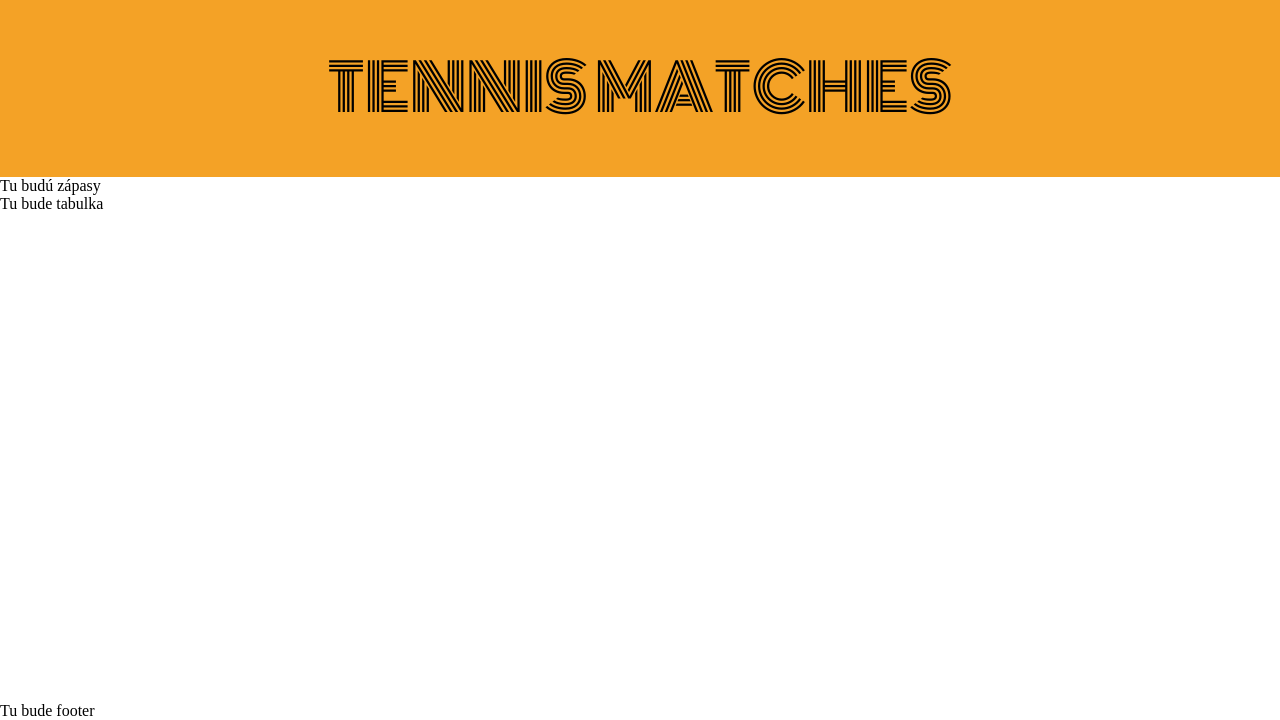
Repository: Badynko/tenis-app
Page: /
The author's editor kept a copy of each file at every save. The page is drawn from the files as they stood at one save, then again after the next save.
The browser window is 1280 px wide. The pictures show the whole page.
The project was rebuilt for these pictures with package versions that can differ from the ones it lists, and the page was loaded fresh each time.

Above is the page before, as saved 2024-07-10 15:23:26.

### src/index.css
@import url("https://fonts.googleapis.com/css2?family=Monoton&family=Quicksand:wght@500;700&display=swap");

* {
  margin: 0;
  padding: 0;
  box-sizing: border-box;
}

.app {
  width: 100%;
  height: 100vh;
  display: grid;
  grid-template-rows: auto auto 1fr auto;
}

h1 {
  text-align: center;
  background-color: #f4a226;
  font-family: "Monoton";
  font-size: 4rem;
  text-transform: uppercase;
  font-weight: 400;
  padding: 2.4rem 0;
}

### src/App.js
export default function App() {
  return (
    <div className="app">
      <Header />
      <Matches />
      <Table />
      <Stats />
    </div>
  );
}

function Header() {
  return <h1>Tennis Matches</h1>;
}

function Matches() {
  return (
    <div>
      <p>Tu budú zápasy</p>
    </div>
  );
}

function Table() {
  return (
    <div>
      <p>Tu bude tabulka</p>
    </div>
  );
}

function Stats() {
  return (
    <footer className="stats">
      <p>Tu bude footer</p>
    </footer>
  );
}

Loaded but not shown: public/index.html (common file); src/index.js (common file)

After the next save:
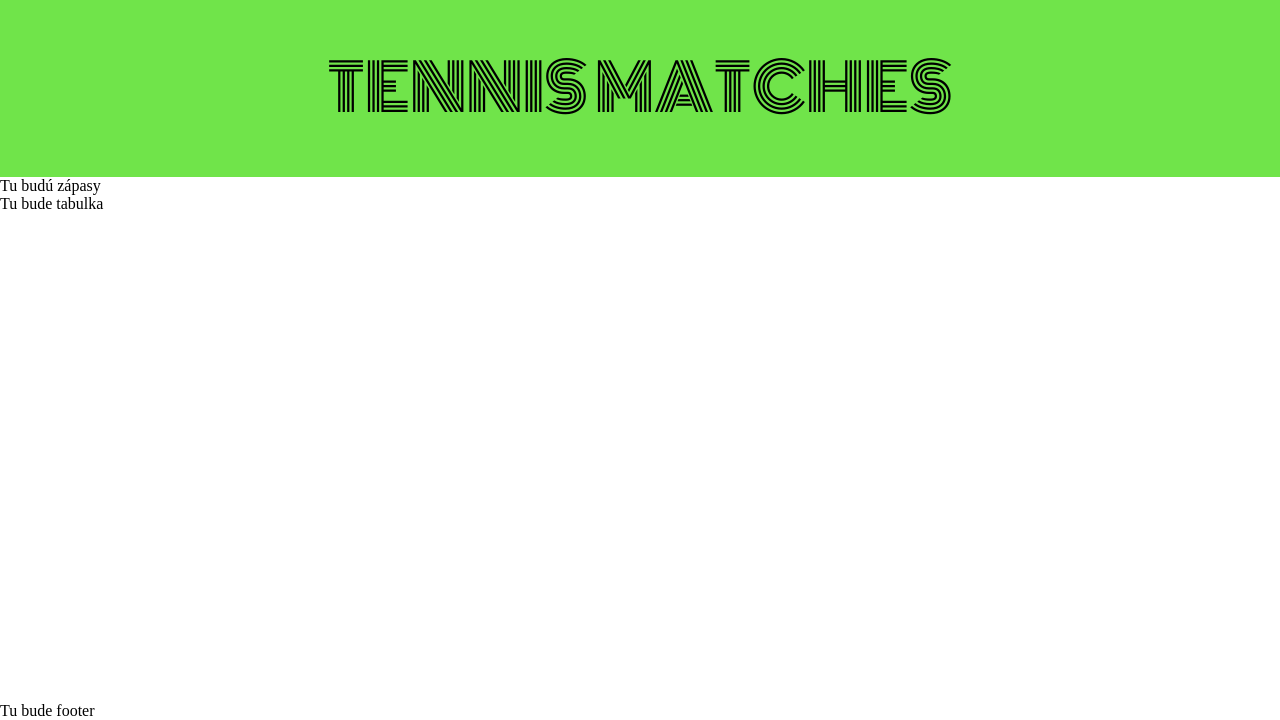
Saved 26 s later.
--- a/src/index.css
+++ b/src/index.css
@@ -15,7 +15,7 @@
 
 h1 {
   text-align: center;
-  background-color: #f4a226;
+  background-color: #70e44a;
   font-family: "Monoton";
   font-size: 4rem;
   text-transform: uppercase;
